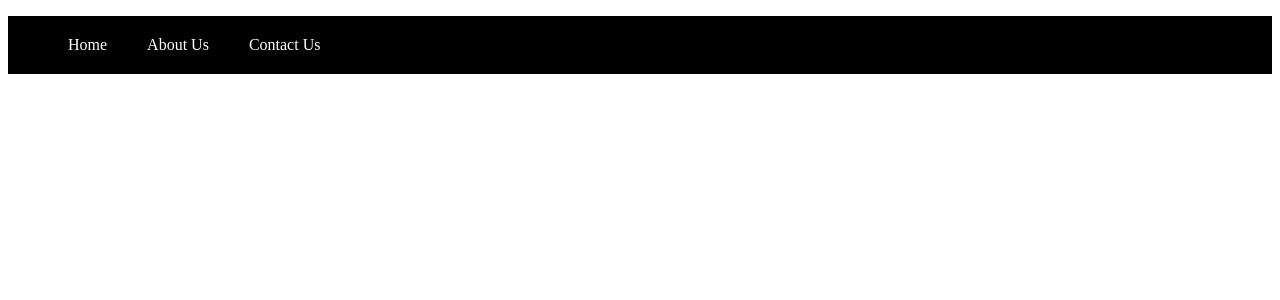
Repository: kunxin-chor/flask-etc-demo
Page: http://localhost/
The author's editor kept a record of every edit. The page is drawn from the files as they stood at one moment, then again after the next edit.
The browser window is 1280 px wide. The pictures show the whole page.
The page is served by the project's application, run on Flask 3 (flask-demo/app.py).

Above is the page before.

After the next edit:
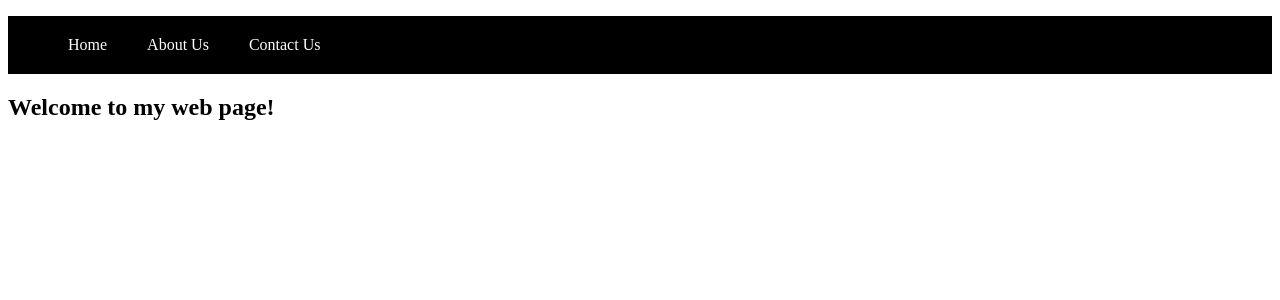
The edit:
--- a/flask-demo/templates/layout.template.html
+++ b/flask-demo/templates/layout.template.html
@@ -31,5 +31,6 @@
             Contact Us
         </li>
     </ul>
+    {%block content %}{%endblock%}
 </body>
 </html>
